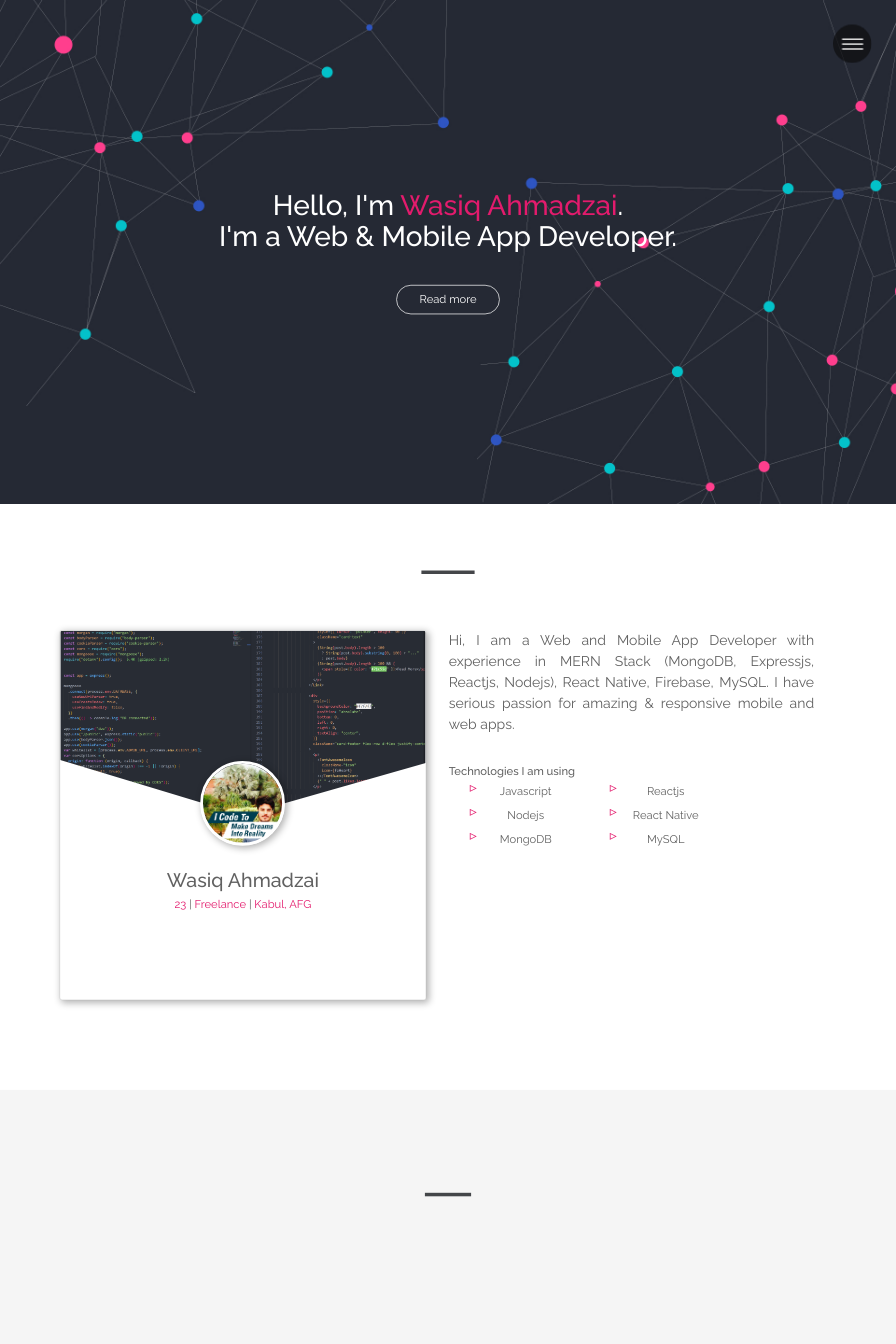
Repository: wasiqkhan/wasiqkhan.github.io
Page: index.html
An editor plug-in stored every save of this project. The page is shown before and after the next save, followed by the edit.
The browser window is 1280 px wide. The pictures show the part of the page from y = 0 to 1920 px (the page is 5002 px tall), at 70% of full size.
Some web fonts or font styles are not loaded; a fallback is used.

Above is the page before, as saved 2020-11-06 17:40:29.
Not found: js/all.js
Not found: js/app.js
Not found: js/particles.js

After the next save:
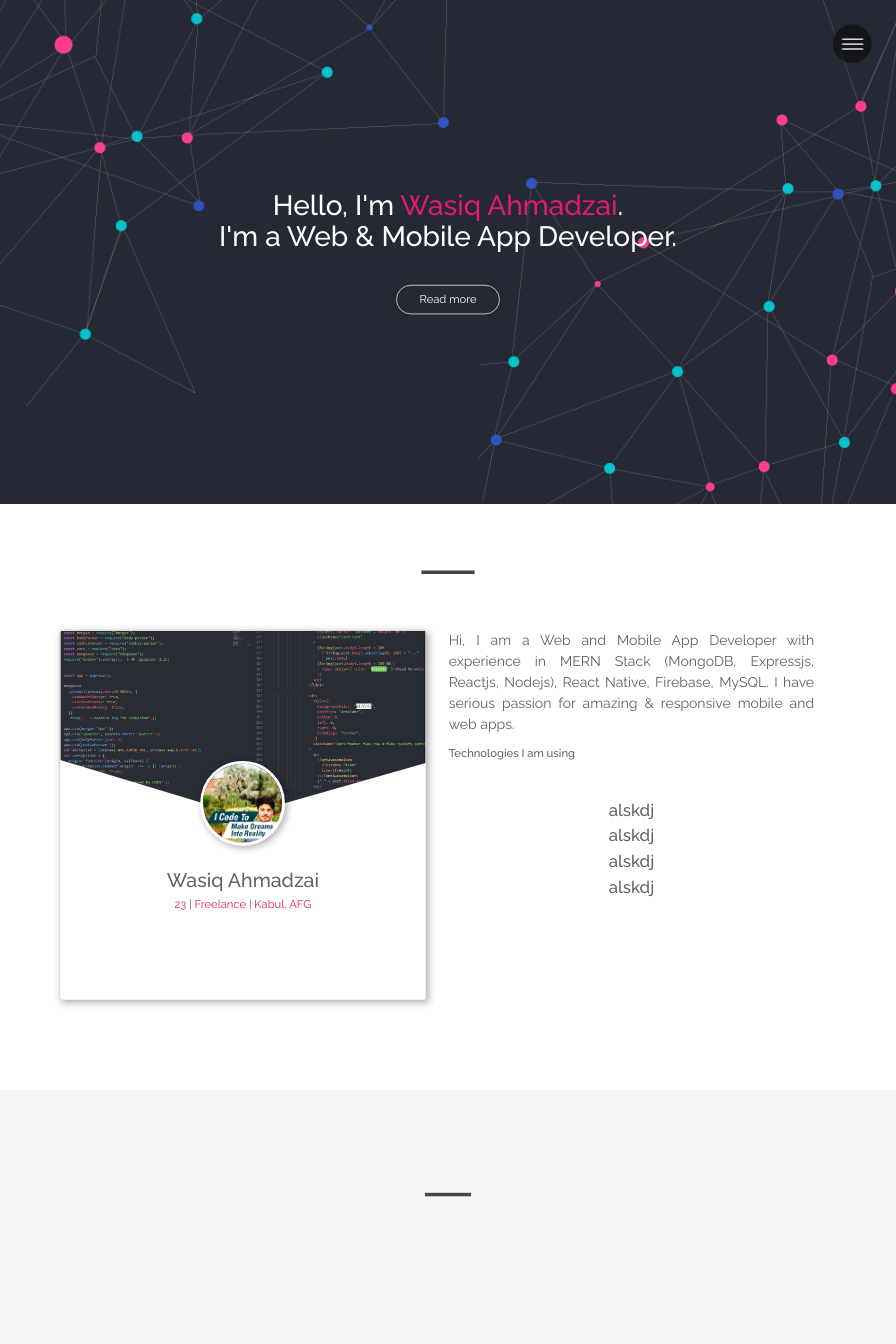
Saved 2 min 38 s later.
--- a/index.html
+++ b/index.html
@@ -147,7 +147,7 @@
 
         </div>
         <h6 style="text-align:left">Technologies I am using</h6>
-        <div class="service-items" style="padding: 0 0">
+        <!-- <div class="service-items" style="padding: 0 0">
         <ul class="skill-set">
           <li>Javascript</li>
           <li>Reactjs</li>
@@ -156,6 +156,12 @@
           <li>MongoDB</li>
           <li>MySQL</li>
         </ul>
+      </div> -->
+      <div class="skill-group">
+        <h4>alskdj</h4>
+        <h4>alskdj</h4>
+        <h4>alskdj</h4>
+        <h4>alskdj</h4>
       </div>
         <!-- <div class="service-items flex-wrap" style="padding: 0 0">
             <div class="item fun-facts" style="margin-right: 10px ;background: #252934">
